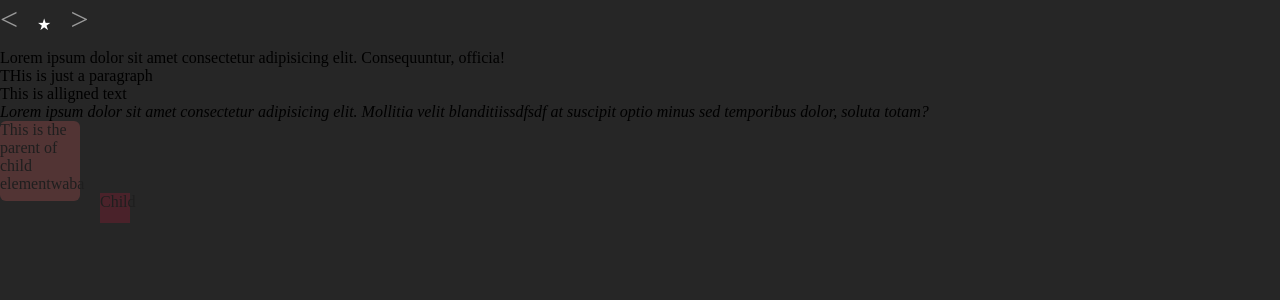
Repository: robin-webdev/frontend
Page: CSS/index.html
The author's editor kept a copy of each file at every save. The page is drawn from the files as they stood at one save, then again after a run of saves.
The browser window is 1280 px wide. The pictures show the whole page.
The style sheet was rebuilt from its Sass, Less or Tailwind sources for each picture, by a compiler version that may differ from the author's.

Above is the page before, as saved 2025-12-16 06:53:15.

### CSS/index.html
<!DOCTYPE html>
<html lang="en">
  <head>
    <meta charset="UTF-8" />
    <meta name="viewport" content="width=device-width, initial-scale=1.0" />
    <title>SCSS</title>
    <link rel="stylesheet" href="style.css" />
  </head>
  <body>
    <main>
      <section class="section1">
        <span class="quote">
          <span class="icon"></span>
        </span>
      </section>
      <section class="section2">Lorem ipsum dolor sit amet consectetur adipisicing elit. Consequuntur, officia!
        <p>THis is just a paragraph</p>
      </section>
      <section class="section3">This is alligned text
        <p>Lorem ipsum dolor sit amet consectetur adipisicing elit. Mollitia velit blanditiissdfsdf at suscipit optio minus sed temporibus dolor, soluta totam?</p>
      </section>
      <section class="section4">This is the parent of child elementwaba
        <div class="child">Child</div>
      </section>
      <section class="section5">

      </section>
    </main>
  </body>
</html>

### CSS/style.scss
* {
  margin: 0;
  padding: 0;
  box-sizing: border-box;
}
html,
body {
  height: 100%;
  width: 100%;
  background-color: rgb(38, 38, 38);
}

.quote::before {
  content: "<"; /* Adds opening quote */
  font-size: 2em;
  color: #999;
}

.quote::after {
  content: ">"; /* Adds closing quote */
  font-size: 2em;
  color: #999;
}

.icon::before {
  content: "★"; /* Adds star icon before text */
  display: inline-block;
  padding: 15px;
  color: white;
}

.section2::selection {
  background-color: #ff6b6b; /* Color when text is highlighted */
  color: white;
}

.section2 {
  p::selection {
    background-color: yellow; /* Specific to paragraphs */
    color: black;
  }
}

.section3 {
  // text-indent: 50px;
  // letter-spacing: 5px;
  // text-align: center;

  p {
    // word-break: break-all;
    white-space: nowrap;
    overflow: hidden;
    text-overflow: ellipsis;
    font-style: italic;

  }
}

.section4{
  height: 80px;
  width: 80px;
  background-color: #ff6b6b;
  border-radius: 6px;
  opacity: 0.2;
  // filter: blur(1px);
  -webkit-backdrop-filter: blur(10px);
}


.section4{
  .child{
    height: 30px;
    width: 30px;
    background-color: crimson;
    transform: translate(100px);
    // position: relative;
  }
}

After the next 2 saves:
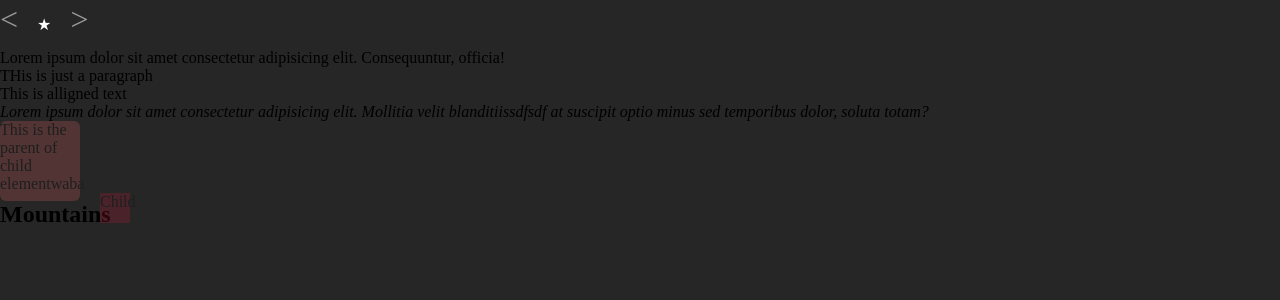
The 2 saves are shown as one change because they came seconds apart.
The last was saved 10 s later.
--- a/CSS/index.html
+++ b/CSS/index.html
@@ -23,7 +23,7 @@
         <div class="child">Child</div>
       </section>
       <section class="section5">
-
+        <h2>Mountains</h2>
       </section>
     </main>
   </body>
